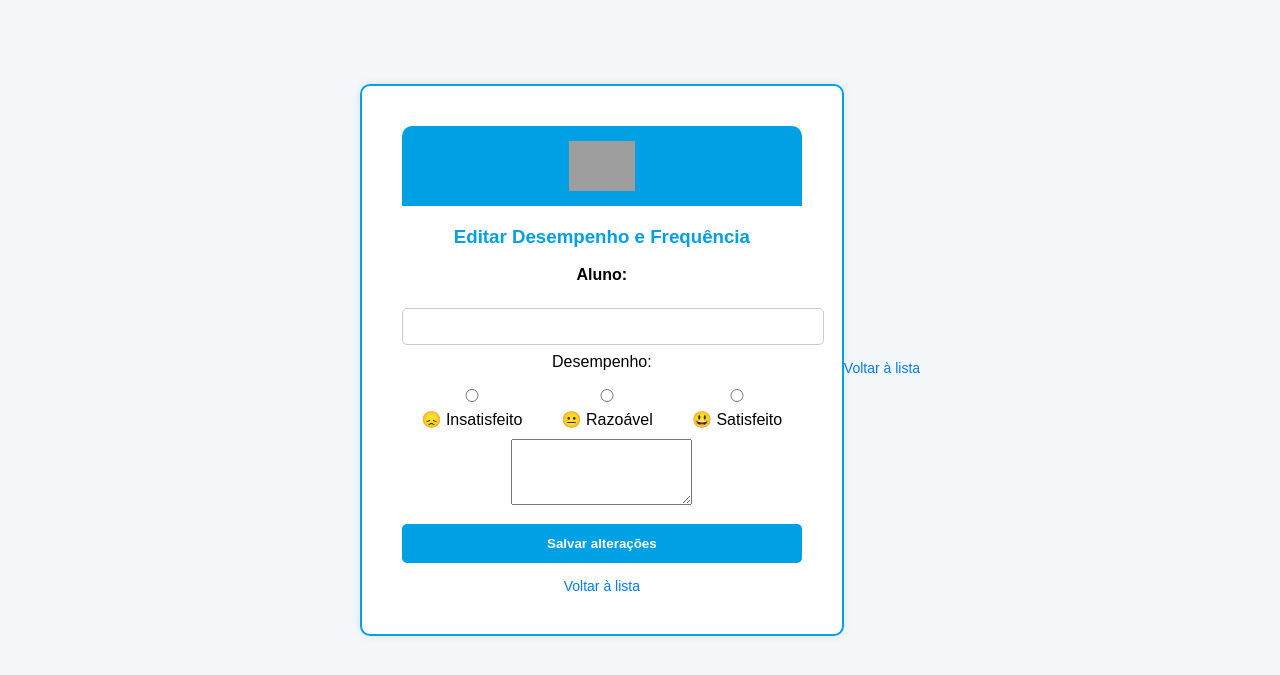
Repository: Guilherme-burle/Portal-do-Aluno-P2
Page: PortaldoAluno/Aplicativo/templates/editDF.html
An editor plug-in stored every save of this project. The page is shown before and after the next save, followed by the edit.
The browser window is 1280 px wide. The pictures show the whole page.
Pictures or frames that could not be fetched are drawn as grey boxes. The page is served by the project's application, run on Django 5.2 (PortaldoAluno/manage.py). Other server files are loaded and not shown. The template is opened directly, without the code that normally fills it, so the values that code supplies are empty.

Above is the page before, as saved 2025-05-19 19:08:55.

### PortaldoAluno/Aplicativo/templates/editDF.html
<!DOCTYPE html>
<html lang="pt-br">
<head>
  <meta charset="UTF-8" />
  <title>Editar Desempenho e Frequência</title>
  <style>
    body {
      font-family: Arial, sans-serif;
      background-color: #f5f8fa;
      margin: 0;
      padding: 0;
      display: flex;
      justify-content: center;
      align-items: center;
      height: 100vh;
    }

    .container {
      background-color: white;
      padding: 40px;
      border-radius: 10px;
      border: 2px solid #00a0e4;
      box-shadow: 0 0 10px rgba(0,0,0,0.1);
      text-align: center;
      width: 400px;
      overflow-y: auto;
      max-height: 90vh;
    }

    .logo {
      background-color: #00a0e4;
      padding: 15px;
      border-radius: 10px 10px 0 0;
      display: flex;
      align-items: center;
      justify-content: center;
    }

    .logo img {
      height: 50px;
    }

    h3 {
      color: #00a0e4;
      margin-top: 20px;
    }

    input, select {
      width: 100%;
      padding: 10px;
      margin: 8px 0;
      border: 1px solid #ccc;
      border-radius: 5px;
    }

    .btn-cadastro {
      background-color: #00a0e4;
      color: white;
      border: none;
      padding: 12px;
      width: 100%;
      border-radius: 5px;
      cursor: pointer;
      font-weight: bold;
      margin-top: 15px;
    }

    .btn {
      background-color: #00a0e4;
      color: white;
      border: none;
      padding: 12px;
      width: 100%;
      border-radius: 5px;
      cursor: pointer;
      font-weight: bold;
      margin-top: 20px;
    }

    .voltar {
      margin-top: 15px;
      font-size: 14px;
    }

    .voltar a {
      color: #007bff;
      text-decoration: none;
    }

    .voltar a:hover {
      text-decoration: underline;
    }
  </style>
</head>
<body>
  <div class="container">
    <div class="logo">
      <img src="https://i.imgur.com/7H8lMIL.png" alt="Logo Instituto Solidare" />
    </div>

     <h3>Editar Desempenho e Frequência</h3>

    <form method="POST" action="{% url 'editDF' desempenho.id %}">
      {% csrf_token %}
      <p><strong>Aluno:</strong> {{ desempenho.aluno.nome }}</p>

      <input type="number" name="faltas" value="{{ desempenho.faltas }}" min="0" required />

      <label>Desempenho:</label>
      <div style="display: flex; justify-content: space-around; margin: 10px 0;">
        <label><input type="radio" name="emoji" value="😞" {% if desempenho.emoji == '😞' %}checked{% endif %}/> 😞 Insatisfeito</label>
        <label><input type="radio" name="emoji" value="😐" {% if desempenho.emoji == '😐' %}checked{% endif %}/> 😐 Razoável</label>
        <label><input type="radio" name="emoji" value="😃" {% if desempenho.emoji == '😃' %}checked{% endif %}/> 😃 Satisfeito</label>
      </div>

      <textarea name="comentario_professor" rows="4">{{ desempenho.comentario_professor }}</textarea>

      <button type="submit" class="btn-cadastro">Salvar alterações</button>
    </form>

    <div class="voltar"><a href="{% url 'listDF' %}">Voltar à lista</a></div>
  </div>
    <div class="voltar">
      <a href="{% url 'listDF' %}">Voltar à lista</a>
    </div>
  </div>
</body>
</html>

### PortaldoAluno/projeto/urls.py
"""
URL configuration for portal project.

The `urlpatterns` list routes URLs to views. For more information please see:
    https://docs.djangoproject.com/en/5.2/topics/http/urls/
Examples:
Function views
    1. Add an import:  from my_app import views
    2. Add a URL to urlpatterns:  path('', views.home, name='home')
Class-based views
    1. Add an import:  from other_app.views import Home
    2. Add a URL to urlpatterns:  path('', Home.as_view(), name='home')
Including another URLconf
    1. Import the include() function: from django.urls import include, path
    2. Add a URL to urlpatterns:  path('blog/', include('blog.urls'))
"""
from django.contrib import admin
from django.urls import path, include

urlpatterns = [
    path('admin/', admin.site.urls),
    path('', include('Aplicativo.urls')),
]

### PortaldoAluno/Aplicativo/urls.py
from django.urls import path
from . import views

urlpatterns = [
    path('', views.home, name='home'),
    path('login/', views.login, name='login'),
    path('logout/', views.logout_view, name='logout'),
    path('cadastro/', views.cadastro, name='cadastro'),
    path('add/', views.add_aluno, name='add'),
    path('homeadm/', views.home_adm, name='homeadm'),
    path('ver/', views.ver, name='ver'),
    path('ver/<int:aluno_id>/deletar', views.deletar_alunos, name='deletar'),
    path('ver/<int:aluno_id>/editar', views.editar_alunos, name='editar'),
    path('avaliacao/', views.avaliar_solidare, name='avaliacao'),
    path('calendario/', views.calendario, name='calendario'),
    path('add_eventos/', views.add_eventos, name='add_eventos'),
    path('addD&F', views.desempenho_create, name='addDF'),
    path('listDF/', views.desempenho_list, name='listDF'),
    path('editDF/editar/<int:id>/', views.desempenho_edit, name='editDF'),
    path('listDF/excluir/<int:id>/', views.desempenho_delete, name='desempenho_delete'),
]

After the next save:
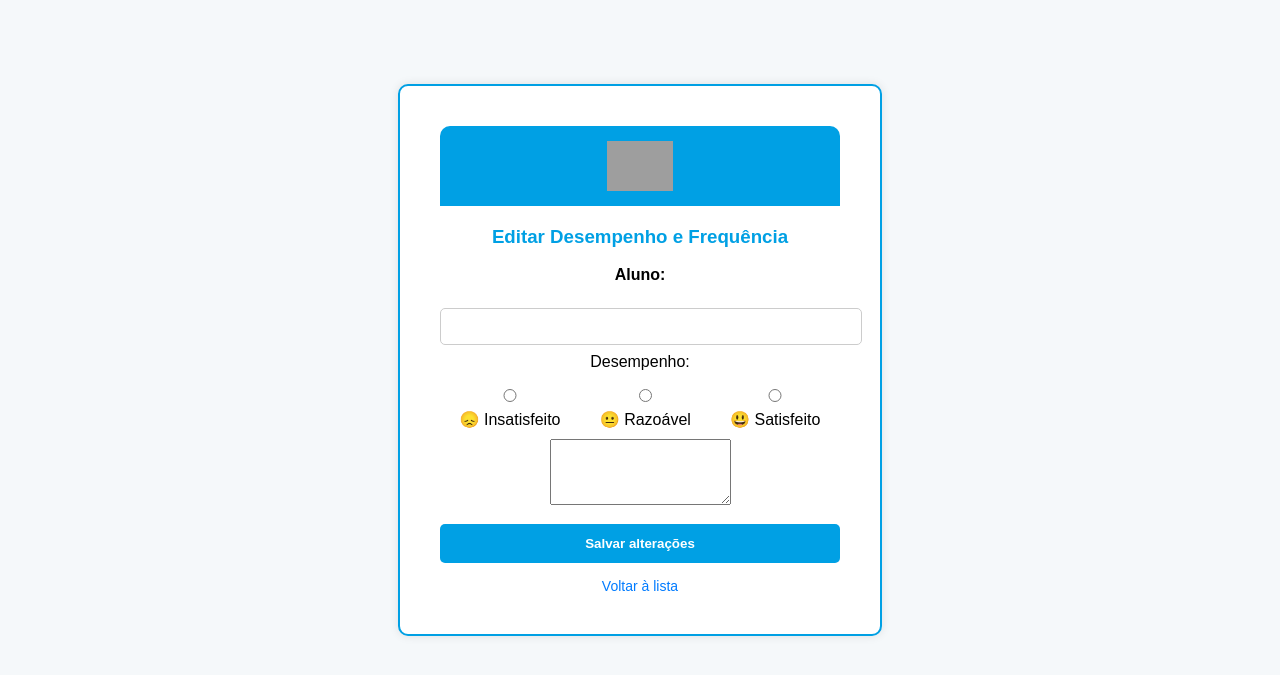
Saved 5 s later.
--- a/PortaldoAluno/Aplicativo/templates/editDF.html
+++ b/PortaldoAluno/Aplicativo/templates/editDF.html
@@ -120,8 +120,7 @@
 
     <div class="voltar"><a href="{% url 'listDF' %}">Voltar à lista</a></div>
   </div>
-    <div class="voltar">
-      <a href="{% url 'listDF' %}">Voltar à lista</a>
+
     </div>
   </div>
 </body>
